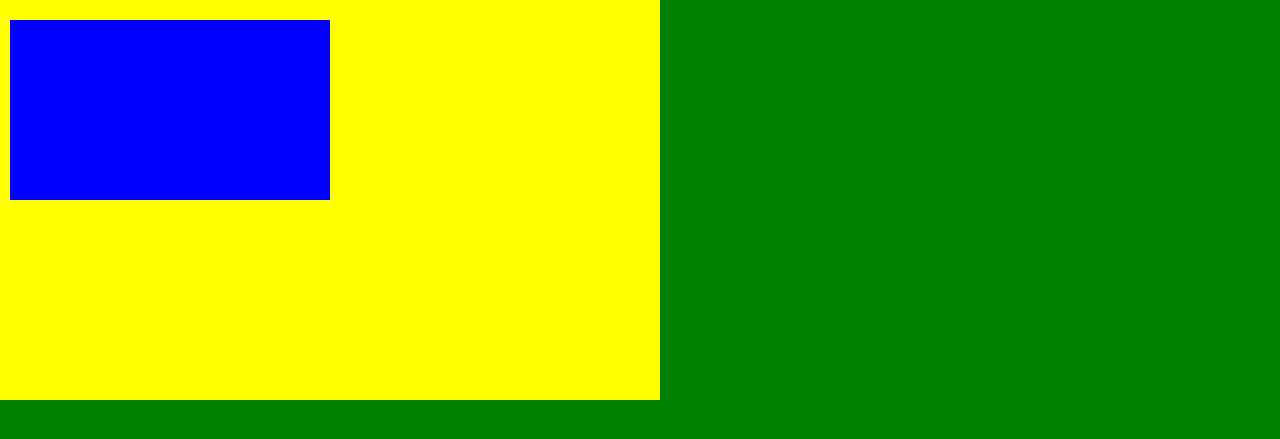
Repository: wonjunknag/kakao-clone
Page: 02-box-model/index.html
An editor plug-in stored every save of this project. The page is shown before and after the next save, followed by the edit.
The browser window is 1280 px wide. The pictures show the whole page.

Above is the page before, as saved 2020-06-30 23:04:47.

### 02-box-model/index.html
<!DOCTYPE html>
<html lang="en">
  <head>
    <meta charset="UTF-8" />
    <meta name="viewport" content="width=device-width, initial-scale=1.0" />
    <meta http-equiv="X-UA-Compatible" content="ie=edge" />
    <title>Box model</title>
    <style>
      body,
      html {
        padding: 0;
        margin: 0;
        background-color: green;
        height: 100%;
      }
      .box {
        background-color: yellow;
        width: 50%;
        height: 50%;
        padding: 20px 10px;
      }
      .inside-box {
        background-color: blue;
        width: 50%;
        height: 50%;
      }
    </style>
  </head>
  <body>
    <div class="box">
      <div class="inside-box"></div>
    </div>
  </body>
</html>

After the next save:
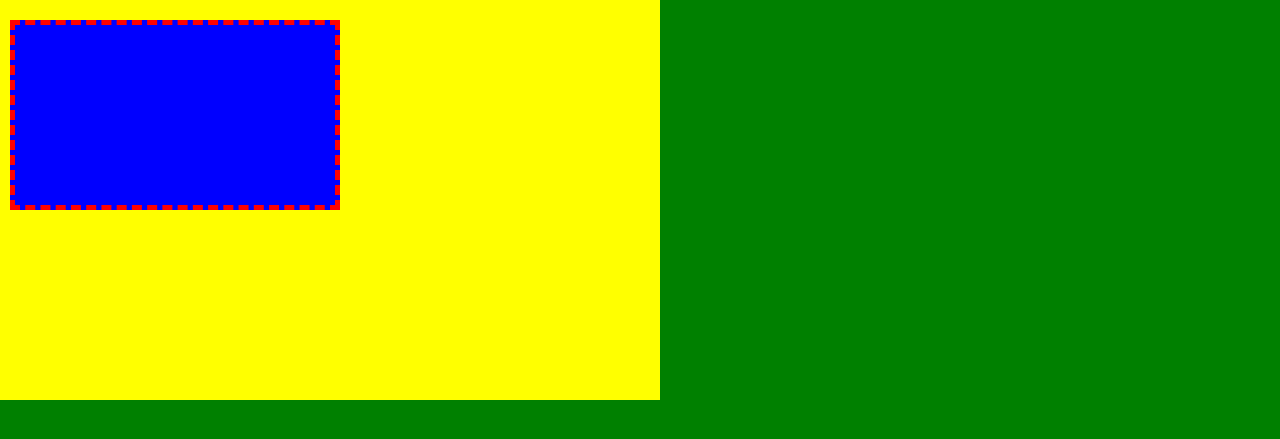
Saved 2 min 15 s later.
--- a/02-box-model/index.html
+++ b/02-box-model/index.html
@@ -23,6 +23,9 @@
         background-color: blue;
         width: 50%;
         height: 50%;
+        border-width: 5px;
+        border-color: red;
+        border-style: dashed;
       }
     </style>
   </head>
